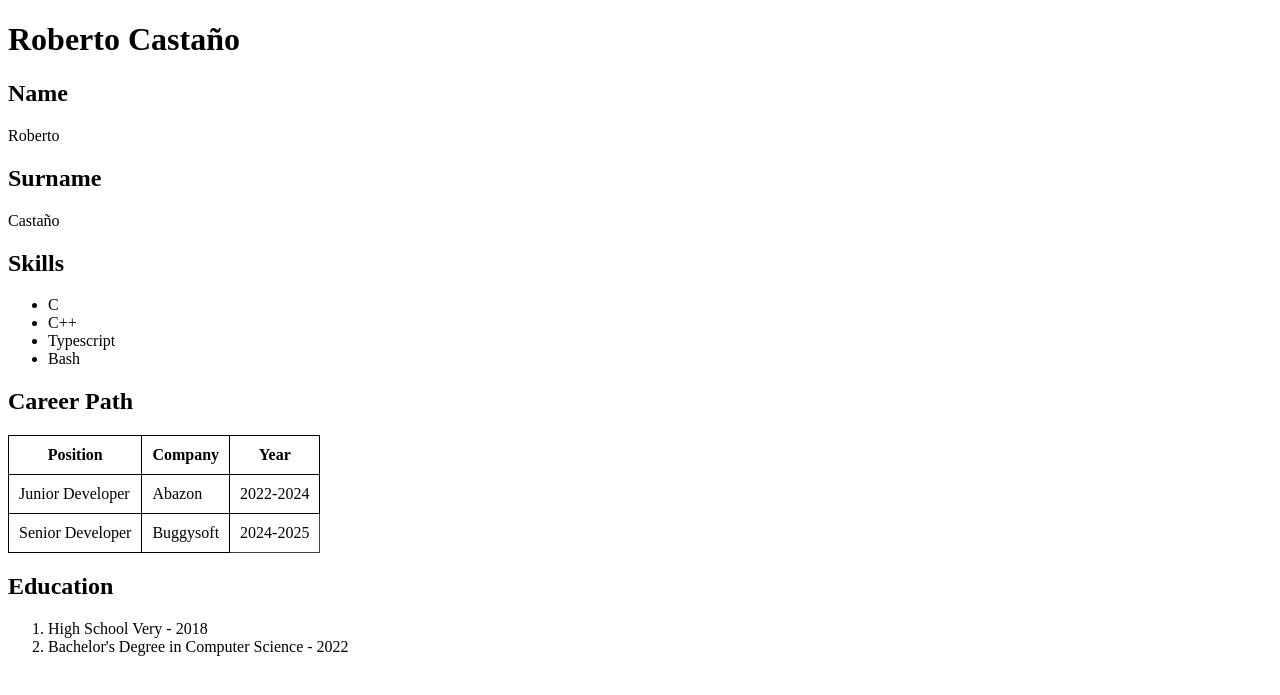
Repository: cronopi/django
Page: Training-Python-Django-0 1/ex01/cv.html
An editor plug-in stored every save of this project. The page is shown before and after the next save, followed by the edit.
The browser window is 1280 px wide. The pictures show the whole page.

Above is the page before, as saved 2026-03-10 12:31:23.

After the next save:
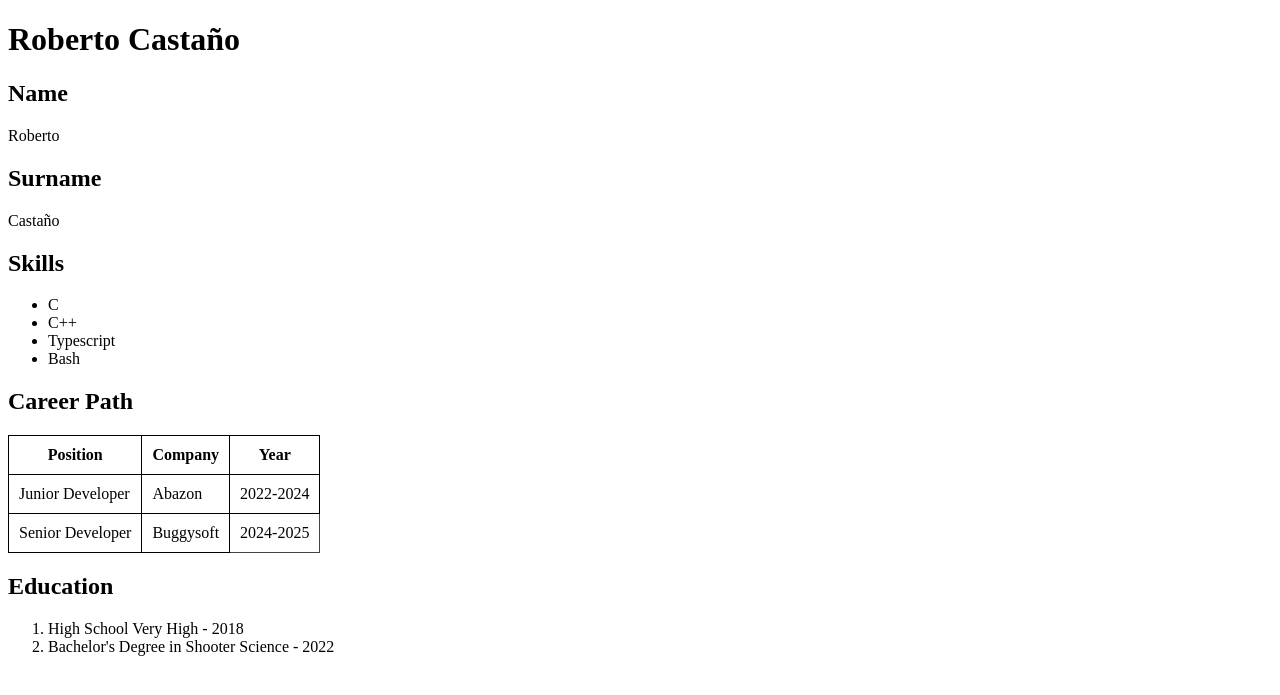
Saved 40 s later.
--- a/Training-Python-Django-0 1/ex01/cv.html
+++ b/Training-Python-Django-0 1/ex01/cv.html
@@ -8,7 +8,9 @@
 			border-collapse: collapse;
 			border: 1px solid black;
 		}
-		table th, table td {
+
+		table th,
+		table td {
 			border: 1px solid black;
 			padding: 10px;
 		}
@@ -52,8 +54,8 @@
 
 	<h2>Education</h2>
 	<ol>
-		<li>High School Very  - 2018</li>
-		<li>Bachelor's Degree in Computer Science - 2022</li>
+		<li>High School Very High - 2018</li>
+		<li>Bachelor's Degree in Shooter Science - 2022</li>
 	</ol>
 
 </body>
